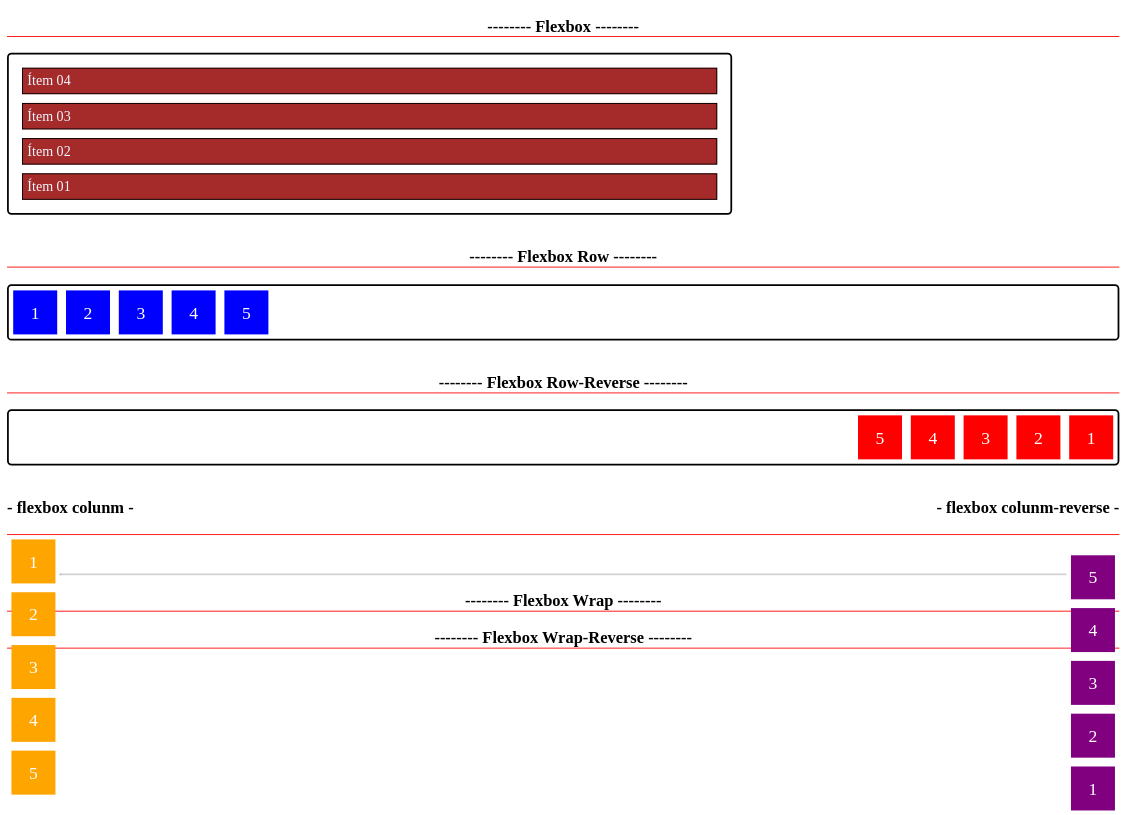
Repository: ozielms/flexbox
Page: outros/flexbox-master/index.html
The author's editor kept a copy of each file at every save. The page is drawn from the files as they stood at one save, then again after the next save.
The browser window is 1280 px wide. The pictures show the whole page, at 88% of full size.

Above is the page before, as saved 2022-04-26 00:21:49.

After the next save:
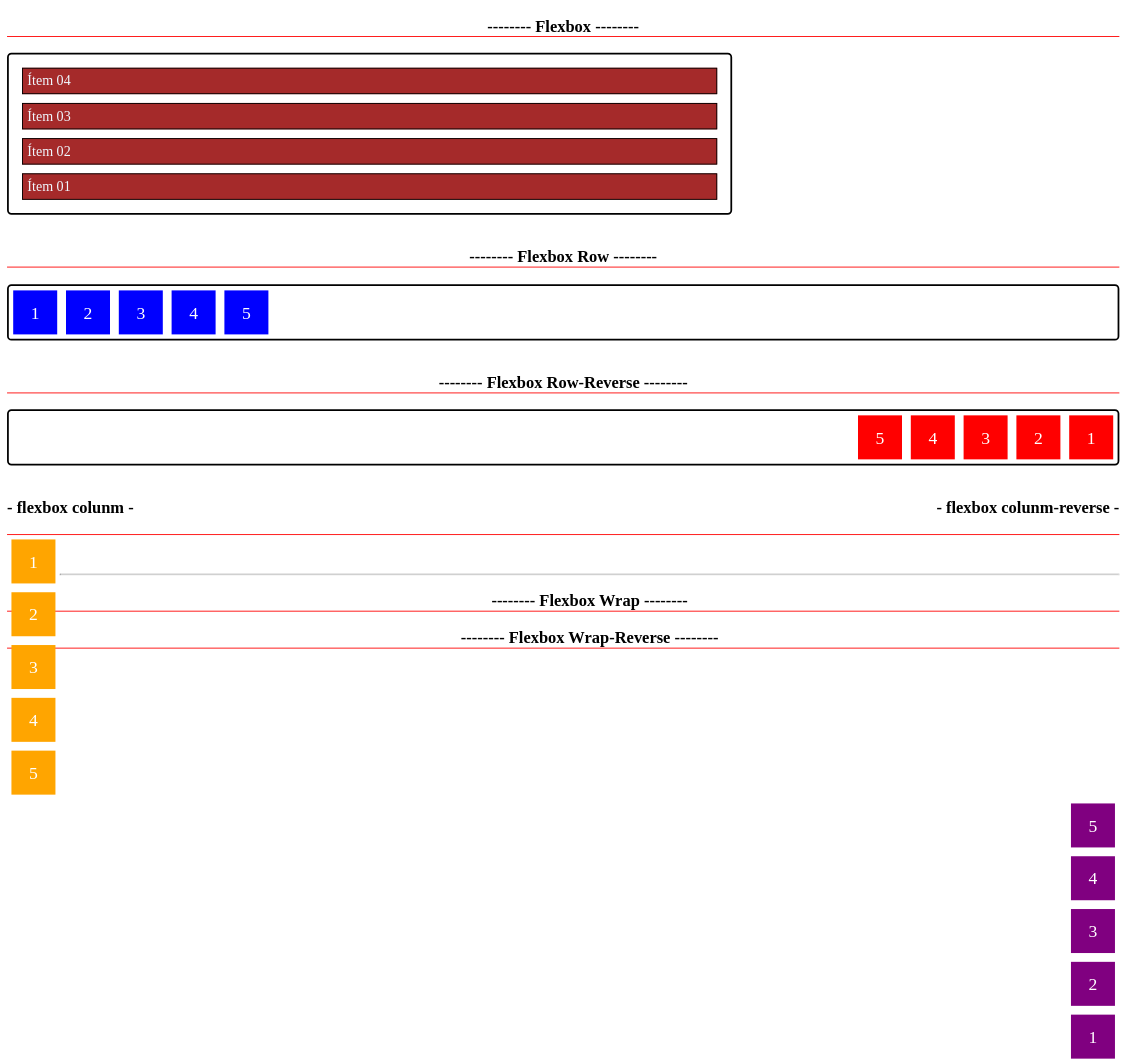
Saved 8 s later.
--- a/outros/flexbox-master/index.html
+++ b/outros/flexbox-master/index.html
@@ -63,7 +63,7 @@
 
     <br>
 
-    <ul class="flex-container colunm-reverse">
+    <ul class="flex-container colunm-reverse" style="clear: both;">
         <li class="flex-item">1</li>
         <li class="flex-item">2</li>
         <li class="flex-item">3</li>
